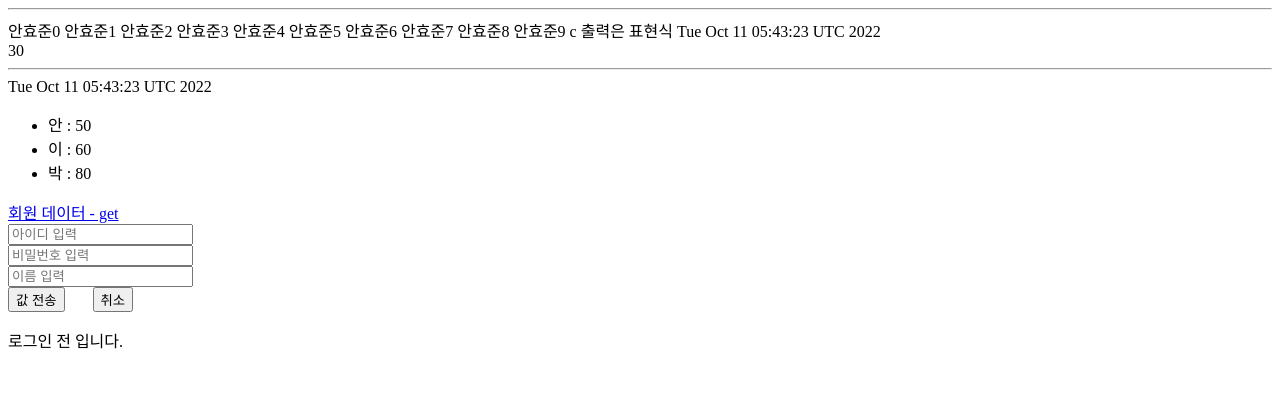
Repository: HyoJun-A/jsp
Page: http://localhost/practice01/
These files come from the project's save history. The page is drawn as it stood at one moment and after the next save; the edit follows.
The browser window is 1280 px wide. The pictures show the whole page.
The page is served by Tomcat 9.

Above is the page before, as saved 2022-10-14 05:56:50.

### practice01/WebContent/index.jsp
<%@ page language="java" contentType="text/html; charset=UTF-8"
    pageEncoding="UTF-8"%>
<!-- 페이지 디렉티브 : @ page(내용) -->
<%@ page import="java.util.Date" %>
<!DOCTYPE html>
<html>
<head>
<meta charset="UTF-8">
<title>웹문서 테스트</title>
</head>
<body>
<%!
	//선언문 - 객체, 변수, 메소드 선언시
	//선언만 가능, 연산시 오류
	int[] score = {50, 60, 80};
	String[] names = {"안", "이", "박"};
	int a = 20;
	int b = 30;
	Date now = new Date();
%>
<hr>
<%
	//처리구문 -> 스크립트릿(scriptlet) : 자바코드
	//선언, 연산 가능
	int c;
	String name = "안효준";
	if(a>b){
		c = a;
	} else{
		c = b;
	}
	for(int d=0; d<10; d++){
		out.println(name+d);
	}
	out.println("c 출력은 표현식");
	out.println(now);
%>
<div id="result">
	<%=c %>
	<hr>
	<%=now %>
	<ul>
		<!-- for문을 따로 나눠서 사용하여 중간 값에 태그를 사용할 수 있다. -->
		<%
			for(int i=0; i<score.length; i++){
		%>
		<li><%=names[i] %> : <%=score[i] %></li>
		<%
			}
		%>
	</ul>
	<!-- get방식 : a태그를 사용하면 무조건 get방식 -->
	<a href="test01.jsp?id=ahj&pw=1234&name=안효준">회원 데이터 - get</a>
	<form action="test02.jsp" method="post" name="login_from">
		<input name="id" id="id" placeholder="아이디 입력"><br>
		<input type="password" name="pw" id="pw" placeholder="비밀번호 입력"><br>
		<input name="name" id="name" placeholder="이름 입력"><br>
		<input type="submit" value="값 전송"> &nbsp; &nbsp; &nbsp;
		<input type="reset" value="취소">
	</form>
	<div id="msg">
		<%
			request.setCharacterEncoding("UTF-8");
			String msg = request.getParameter("msg");

			if(msg!=null){
		%>
			<strong><%=msg %>></strong>
		<%
			}
		%>
	</div>
	<%
		String id = (String) session.getAttribute("m_id");
		if(id != null){
	%>
		<p><%= id%>님이 로그인 하셨습니다.</p>
		<a href='logout.jsp'>로그아웃</a>
	<%
		} else{
	%>
		<p>로그인 전 입니다.</p>
	<%
		}
	%>

</div>

</body>
</html>

After the next save:
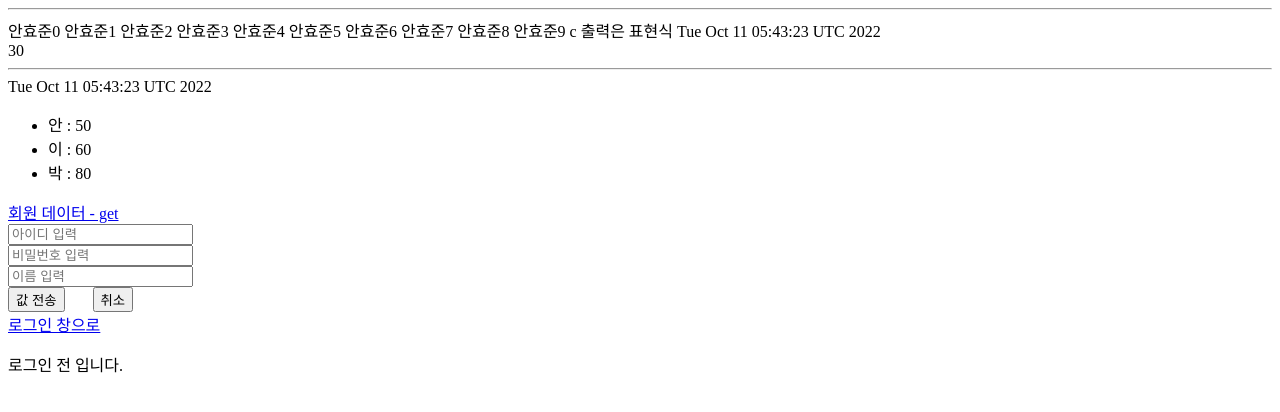
Saved 60 s later.
--- a/practice01/WebContent/index.jsp
+++ b/practice01/WebContent/index.jsp
@@ -70,6 +70,7 @@
 			}
 		%>
 	</div>
+	<a href="login.jsp">로그인 창으로</a>
 	<%
 		String id = (String) session.getAttribute("m_id");
 		if(id != null){
